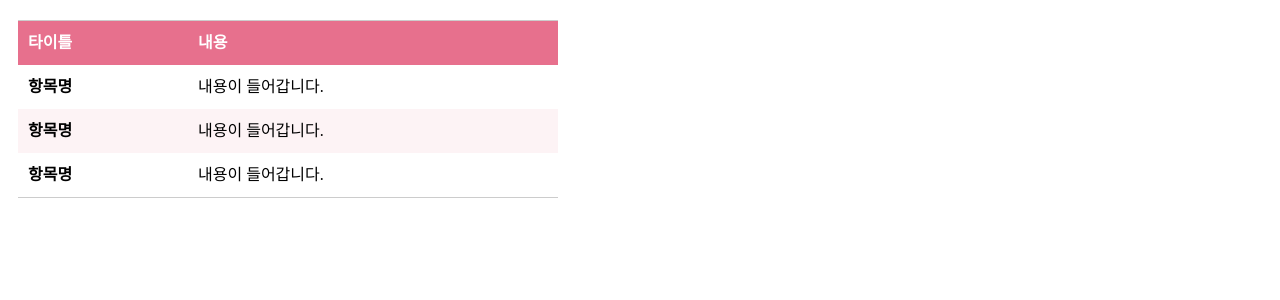
Repository: LeeHyukJe/LHJ
Page: http://localhost/mybbs/mybbs/bbs_list.jsp
An editor plug-in stored every save of this project. The page is shown before and after the next save, followed by the edit.
The browser window is 1280 px wide. The pictures show the whole page.
The page is served by Tomcat 9. Other server files are loaded and not shown.

Above is the page before, as saved 2017-09-24 13:38:48.

### mybbs/WebContent/mybbs/bbs_list.jsp
<%@ page language="java" contentType="text/html; charset=EUC-KR"
    pageEncoding="EUC-KR"%>
<!DOCTYPE html PUBLIC "-//W3C//DTD HTML 4.01 Transitional//EN" "http://www.w3.org/TR/html4/loose.dtd">
<html>
<head>
<meta http-equiv="Content-Type" content="text/html; charset=EUC-KR">
<link rel="stylesheet" href="bbs.css">
<title>Insert title here</title>
</head>
<body>
	<table class="type10">
    <thead>
    <tr>
        <th scope="cols">타이틀</th>
        <th scope="cols">내용</th>
    </tr>
    </thead>
    <tbody>
    <tr>
        <th scope="row">항목명</th>
        <td>내용이 들어갑니다.</td>
    </tr>
    <tr>
        <th scope="row" class="even">항목명</th>
        <td class="even">내용이 들어갑니다.</td>
    </tr>
    <tr>
        <th scope="row">항목명</th>
        <td>내용이 들어갑니다.</td>
    </tr>
    </tbody>
</table>

</body>
</html>

### mybbs/WebContent/mybbs/bbs.css
table.type10 {
    border-collapse: collapse;
    text-align: left;
    line-height: 1.5;
    border-top: 1px solid #ccc;
    border-bottom: 1px solid #ccc;
    margin: 20px 10px;
}
table.type10 thead th {
    width: 150px;
    padding: 10px;
    font-weight: bold;
    vertical-align: top;
    color: #fff;
    background: #e7708d;
    margin: 20px 10px;
}
table.type10 tbody th {
    width: 150px;
    padding: 10px;
}
table.type10 td {
    width: 350px;
    padding: 10px;
    vertical-align: top;
}
table.type10 .even {
    background: #fdf3f5;
}

After the next save:
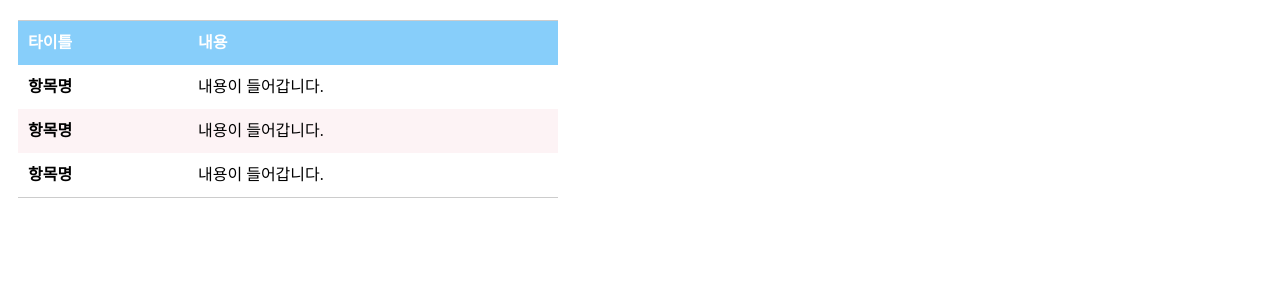
Saved 108 s later.
--- a/mybbs/WebContent/mybbs/bbs.css
+++ b/mybbs/WebContent/mybbs/bbs.css
@@ -12,7 +12,7 @@ table.type10 thead th {
     font-weight: bold;
     vertical-align: top;
     color: #fff;
-    background: #e7708d;
+    background: lightskyblue;
     margin: 20px 10px;
 }
 table.type10 tbody th {
